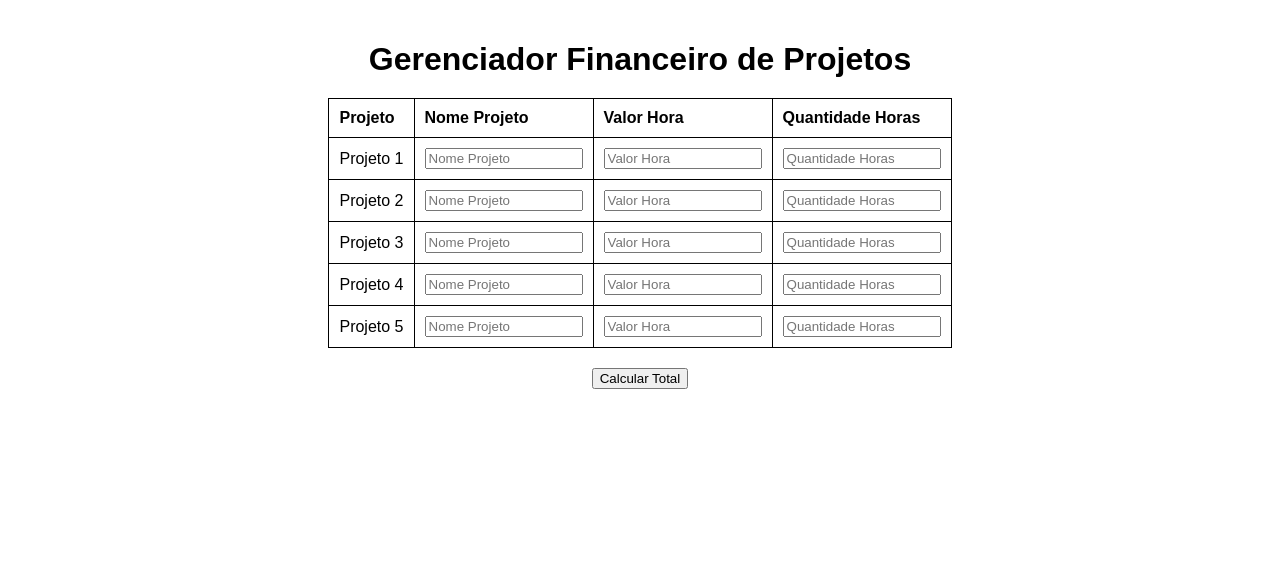
Repository: Gabrielb0rn/JavaScript-HTML.io
Page: atividade 8/index.html
These files come from the project's save history. The page is drawn as it stood at one moment and after a run of saves; the edit follows.
The browser window is 1280 px wide. The pictures show the whole page.

Above is the page before, as saved 2024-07-04 11:24:50.

### atividade 8/index.html
<!DOCTYPE html>
<html lang="pt-BR">
<head>
    <meta charset="UTF-8">
    <meta name="viewport" content="width=device-width, initial-scale=1.0">
    <title>Gerenciador Financeiro de Projetos</title>
    <style>
        body {
            font-family: Arial, sans-serif;
            display: flex;
            flex-direction: column;
            align-items: center;
            margin: 0;
            padding: 20px;
        }

        h1 {
            margin-bottom: 20px;
        }

        table {
            border-collapse: collapse;
            margin-bottom: 20px;
        }

        th, td {
            border: 1px solid #000;
            padding: 10px;
            text-align: left;
        }

        input[type="text"], input[type="number"] {
            width: 150px;
        }

        .result {
            font-weight: bold;
            color: #800080;
        }
    </style>
</head>
<body>
    <h1>Gerenciador Financeiro de Projetos</h1>
    <table>
        <thead>
            <tr>
                <th>Projeto</th>
                <th>Nome Projeto</th>
                <th>Valor Hora</th>
                <th>Quantidade Horas</th>
            </tr>
        </thead>
        <tbody>
            <tr>
                <td>Projeto 1</td>
                <td><input type="text" id="nomeProjeto1" placeholder="Nome Projeto"></td>
                <td><input type="number" id="valorHora1" placeholder="Valor Hora"></td>
                <td><input type="number" id="quantidadeHoras1" placeholder="Quantidade Horas"></td>
            </tr>
            <tr>
                <td>Projeto 2</td>
                <td><input type="text" id="nomeProjeto2" placeholder="Nome Projeto"></td>
                <td><input type="number" id="valorHora2" placeholder="Valor Hora"></td>
                <td><input type="number" id="quantidadeHoras2" placeholder="Quantidade Horas"></td>
            </tr>
            <tr>
                <td>Projeto 3</td>
                <td><input type="text" id="nomeProjeto3" placeholder="Nome Projeto"></td>
                <td><input type="number" id="valorHora3" placeholder="Valor Hora"></td>
                <td><input type="number" id="quantidadeHoras3" placeholder="Quantidade Horas"></td>
            </tr>
            <tr>
                <td>Projeto 4</td>
                <td><input type="text" id="nomeProjeto4" placeholder="Nome Projeto"></td>
                <td><input type="number" id="valorHora4" placeholder="Valor Hora"></td>
                <td><input type="number" id="quantidadeHoras4" placeholder="Quantidade Horas"></td>
            </tr>
            <tr>
                <td>Projeto 5</td>
                <td><input type="text" id="nomeProjeto5" placeholder="Nome Projeto"></td>
                <td><input type="number" id="valorHora5" placeholder="Valor Hora"></td>
                <td><input type="number" id="quantidadeHoras5" placeholder="Quantidade Horas"></td>
            </tr>
        </tbody>
    </table>
    <button onclick="calcularTotal()">Calcular Total</button>
    <div id="resultados"></div>
<script src="assets/scripts.js"></script>
</body>
</html>

### atividade 8/assets/scripts.js
function calcularTotal() {
    let totalGeral = 0;
    let resultados = '';

    for (let i = 1; i <= 5; i++) {
        const nomeProjeto = document.getElementById(`nomeProjeto${i}`).value;
        const valorHora = parseFloat(document.getElementById(`valorHora${i}`).value) || 0;
        const quantidadeHoras = parseFloat(document.getElementById(`quantidadeHoras${i}`).value) || 0;
        const totalProjeto = valorHora * quantidadeHoras;

        if (nomeProjeto && valorHora && quantidadeHoras) {
            resultados += `<p class="result">Projeto ${i}: R$ ${totalProjeto.toFixed(2)}</p>`;
        }

        totalGeral += totalProjeto;
    }

    resultados += `<p class="result">Total Geral: R$ ${totalGeral.toFixed(2)}</p>`;
    document.getElementById('resultados').innerHTML = resultados;
}

### atividade 8/assets/style.css
body {
    font-family: Arial, sans-serif;
    display: flex;
    flex-direction: column;
    align-items: center;
    justify-content: center;
    height: 100vh;
    background-color: #f0f0f0;
    margin: 0;
}
h1 {
    color: #333;
}
label {
    margin: 10px 0 5px;
}
input {
    padding: 5px;
    margin-bottom: 10px;
    width: 200px;
}
button {
    padding: 10px 20px;
    background-color: #4CAF50;
    color: white;
    border: none;
    cursor: pointer;
    font-size: 16px;
}
button:hover {
    background-color: #45a049;
}
#resultado {
    margin-top: 20px;
    font-size: 18px;
    color: #333;
}

After the next 3 saves:
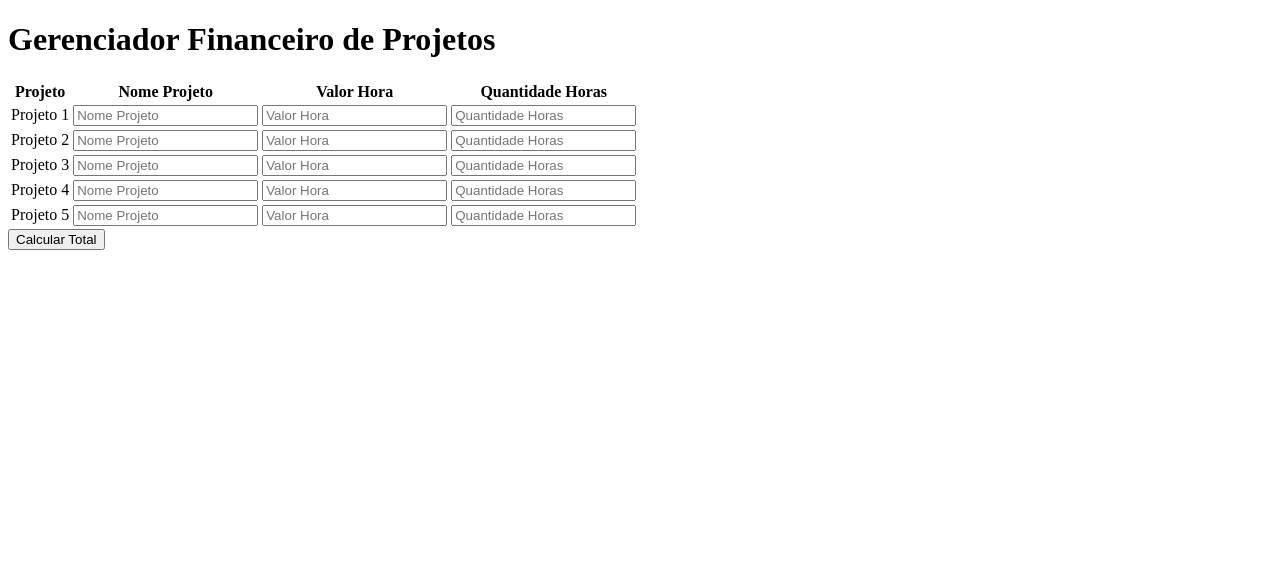
Not found: atividade 8/assets/styles.css
The 3 saves are shown as one change because they came seconds apart.
The last was saved 11 s later.
--- a/atividade 8/index.html
+++ b/atividade 8/index.html
@@ -4,40 +4,7 @@
     <meta charset="UTF-8">
     <meta name="viewport" content="width=device-width, initial-scale=1.0">
     <title>Gerenciador Financeiro de Projetos</title>
-    <style>
-        body {
-            font-family: Arial, sans-serif;
-            display: flex;
-            flex-direction: column;
-            align-items: center;
-            margin: 0;
-            padding: 20px;
-        }
-
-        h1 {
-            margin-bottom: 20px;
-        }
-
-        table {
-            border-collapse: collapse;
-            margin-bottom: 20px;
-        }
-
-        th, td {
-            border: 1px solid #000;
-            padding: 10px;
-            text-align: left;
-        }
-
-        input[type="text"], input[type="number"] {
-            width: 150px;
-        }
-
-        .result {
-            font-weight: bold;
-            color: #800080;
-        }
-    </style>
+    <link rel="stylesheet" href="assets/styles.css">
 </head>
 <body>
     <h1>Gerenciador Financeiro de Projetos</h1>

After the save that followed:
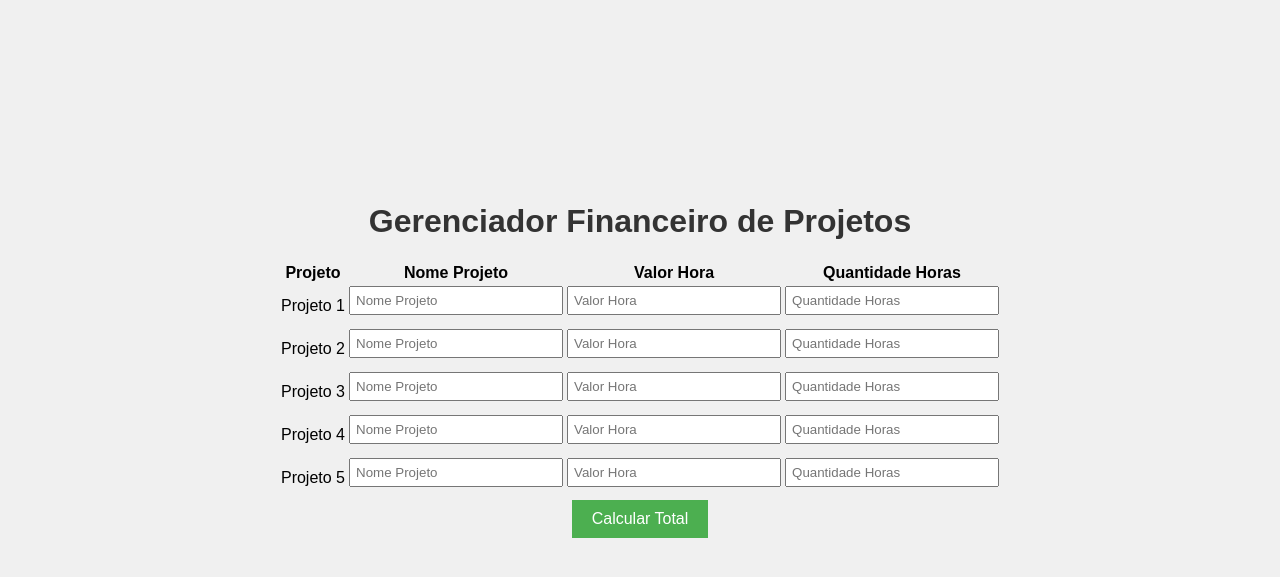
Saved 4 s later.
--- a/atividade 8/index.html
+++ b/atividade 8/index.html
@@ -4,7 +4,7 @@
     <meta charset="UTF-8">
     <meta name="viewport" content="width=device-width, initial-scale=1.0">
     <title>Gerenciador Financeiro de Projetos</title>
-    <link rel="stylesheet" href="assets/styles.css">
+    <link rel="stylesheet" href="assets/style.css">
 </head>
 <body>
     <h1>Gerenciador Financeiro de Projetos</h1>
